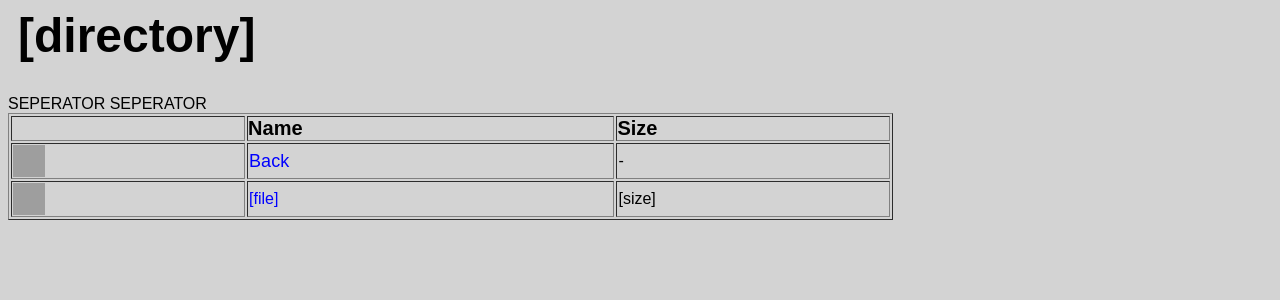
Repository: sharhar/JavaWebserver
Page: Server/res/nav.html
An editor plug-in stored every save of this project. The page is shown before and after the next save, followed by the edit.
The browser window is 1280 px wide. The pictures show the whole page.
Pictures or frames that could not be fetched are drawn as grey boxes.

Above is the page before, as saved 2016-05-15 21:13:49.

### Server/res/nav.html
<html>
	<head>
		<title>
			My webserver
		</title>
		<style>
			body {
			    background-color: lightgray;
			    font-family: arial;
			}

			.header {
			    color: Black;
			    margin-left: 10px;
			    font-size: 24px;
			}

			.lable {
				font-size: 20px;
				padding: 0px;
				font-weight: bold;
			}

			.back {
				font-size: 18px;
			}

			a {
				color: blue;
				text-decoration:none;
			}
		</style>
	</head>

	<body>
		<div class="header">
			<h1>[directory]</h1>
		</div>

		<div id="body">

			<table style="width:70%" class ="nav" border="1">
				<tr>
					<td></td>
					<td class="lable">Name</td>
					<td class="lable">Size</td>
				</tr>

				<tr>
					<td><img src="[bimg]" height="32" width = "32"></td>
					<td><a href="[back]" class="back">Back</a></td>
					<td>-</td>
				</tr>
SEPERATOR
					<tr>
						<td><img src="[img]" height="32" width="32"></td>
						<td><a href="[root][file]">[file]</a></td>
						<td>[size]</td>
					</tr>
SEPERATOR
			</table>
		</div>
	</body>
</html>

After the next save:
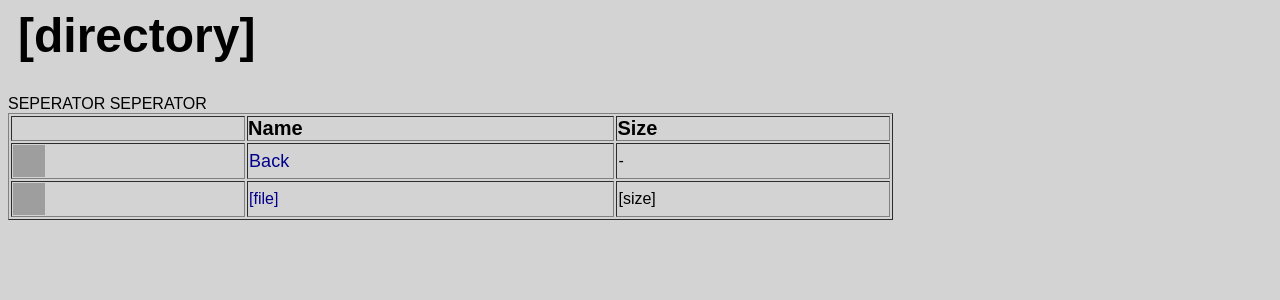
Saved 10 s later.
--- a/Server/res/nav.html
+++ b/Server/res/nav.html
@@ -26,7 +26,7 @@
 			}
 
 			a {
-				color: blue;
+				color: darkblue;
 				text-decoration:none;
 			}
 		</style>

After the save that followed:
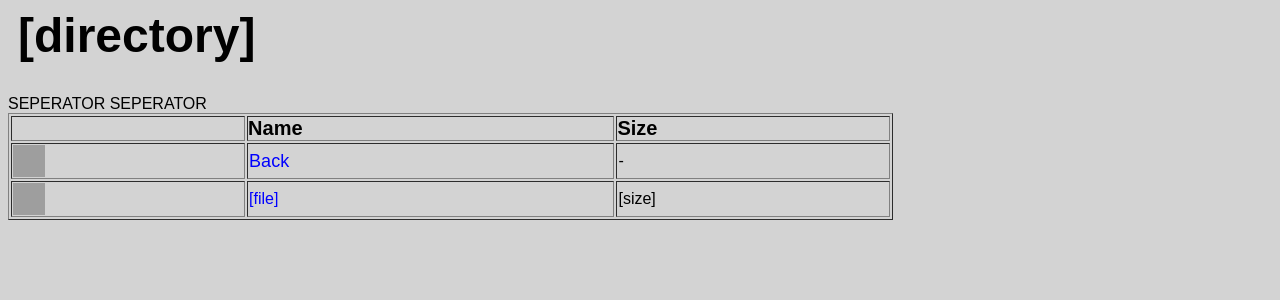
Saved 6 s later.
--- a/Server/res/nav.html
+++ b/Server/res/nav.html
@@ -26,7 +26,7 @@
 			}
 
 			a {
-				color: darkblue;
+				color: blue;
 				text-decoration:none;
 			}
 		</style>
